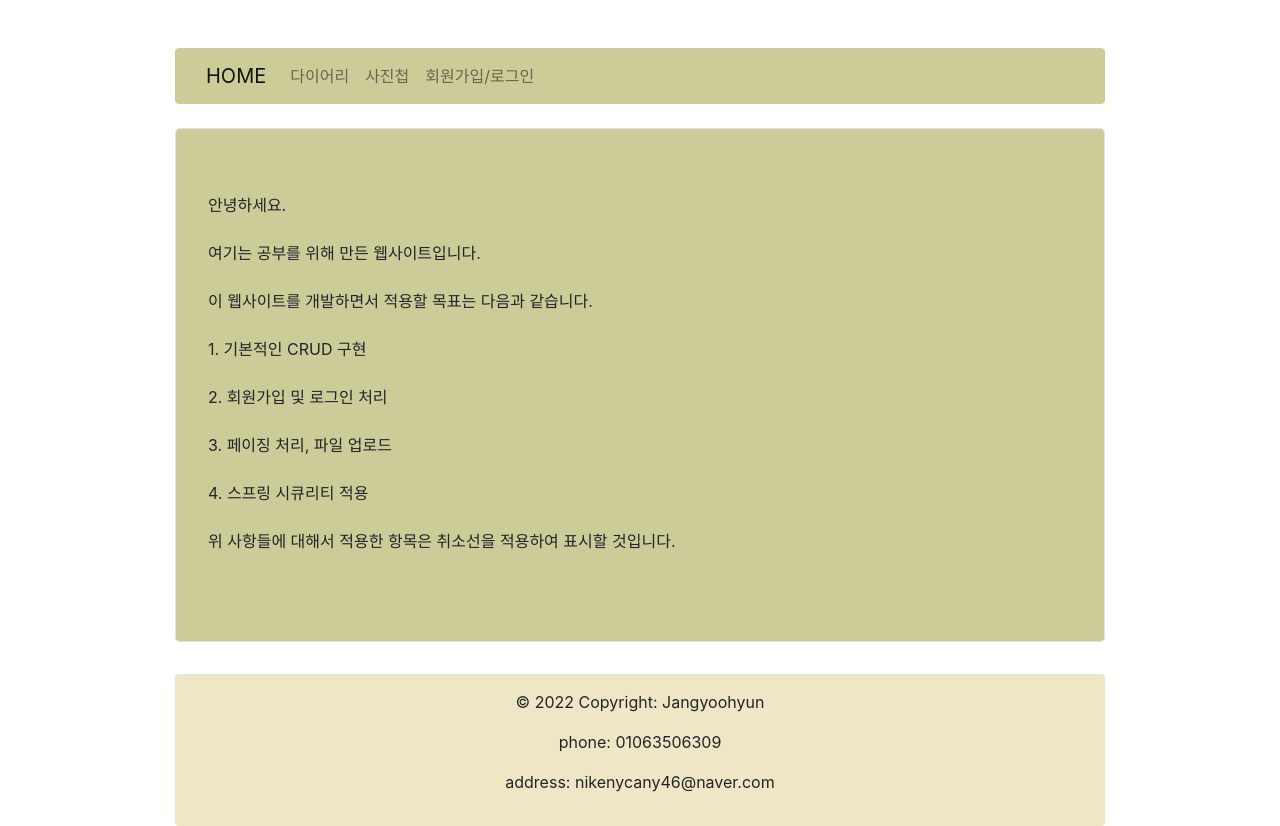
Repository: jangyoohyun/toyProject
Page: http://localhost/toyproject/WEB-INF/views/index.jsp
The author's editor kept a copy of each file at every save. The page is drawn from the files as they stood at one save, then again after the next save.
The browser window is 1280 px wide. The pictures show the whole page.
The page is served by Tomcat 9. Nobody is signed in. Other server files are loaded and not shown. The template is opened directly, without the code that normally fills it, so the values that code supplies are empty.

Above is the page before, as saved 2022-02-26 11:01:42.

### Study/toyproject/src/main/webapp/WEB-INF/views/index.jsp
<%@ page language="java" contentType="text/html; charset=UTF-8"
    pageEncoding="UTF-8"%>

<%@ include file="/WEB-INF/views/layout/header.jsp" %>

		<div class="jumbotron mt-4 border" style="background-color: #CCCC99">
		안녕하세요.<br><br>
		<c:if test="${principal.username != null}">
			${principal.username}님 환영합니다.<br><br>
		</c:if>
		여기는 공부를 위해 만든 웹사이트입니다.<br><br>
		이 웹사이트를 개발하면서 적용할 목표는 다음과 같습니다.<br><br>
		1. 기본적인 CRUD 구현<br><br>
		2. 회원가입 및 로그인 처리<br><br>
		3. 페이징 처리, 파일 업로드<br><br>
		4. 스프링 시큐리티 적용<br><br>
		위 사항들에 대해서 적용한 항목은 취소선을 적용하여 표시할 것입니다.<br><br>
		</div>


<%@ include file="/WEB-INF/views/layout/footer.jsp" %>

### Study/toyproject/src/main/webapp/WEB-INF/views/layout/header.jsp
<%@ page language="java" contentType="text/html; charset=UTF-8"
	pageEncoding="UTF-8"%>
<%@ taglib uri="http://java.sun.com/jsp/jstl/core" prefix="c"%>
<%@ taglib prefix="sec"
	uri="http://www.springframework.org/security/tags"%>
<%@ taglib prefix="fmt" uri="http://java.sun.com/jsp/jstl/fmt"%>

<sec:authorize access="isAuthenticated()">
	<sec:authentication property="principal" var="principal" />
</sec:authorize>

<!DOCTYPE html>
<html>
<head>
<link rel="stylesheet"
	href="https://cdn.jsdelivr.net/npm/bootstrap@4.6.1/dist/css/bootstrap.min.css"
	integrity="sha384-zCbKRCUGaJDkqS1kPbPd7TveP5iyJE0EjAuZQTgFLD2ylzuqKfdKlfG/eSrtxUkn"
	crossorigin="anonymous">
<script src="https://code.jquery.com/jquery-3.6.0.js"
	integrity="sha256-H+K7U5CnXl1h5ywQfKtSj8PCmoN9aaq30gDh27Xc0jk="
	crossorigin="anonymous"></script>

<meta charset="UTF-8">

<title>Insert title here</title>
</head>
<body>
	<div class="container mt-5 w-75">
		<nav class="navbar navbar-expand-lg navbar-light rounded"
			style="background-color: #CCCC99">
			<div class="container-fluid">
				<a class="navbar-brand" href="<c:url value="/"/>">HOME</a>
				<button class="navbar-toggler" type="button"
					data-bs-toggle="collapse" data-bs-target="#navbarNav"
					aria-controls="navbarNav" aria-expanded="false"
					aria-label="Toggle navigation">
					<span class="navbar-toggler-icon"></span>
				</button>
				<div class="collapse navbar-collapse" id="navbarNav">
					<ul class="navbar-nav">
						<li class="nav-item"><a class="nav-link"
							href="<c:url value="/board?page=0"/>">다이어리</a></li>
						<li class="nav-item"><a class="nav-link"
							href="<c:url value="/photo"/>">사진첩</a></li>
						<c:choose>
							<c:when test="${principal.username == null}">
								<li class="nav-item"><a class="nav-link"
									href="<c:url value="/auth/signInForm"/>">회원가입/로그인</a></li>
							</c:when>
							<c:otherwise>
								<li class="nav-item"><a class="nav-link"
									onclick="return confirm('로그아웃 하시겠습니까?');"
									href="<c:url value="/logout"/>">로그아웃</a></li>
								<li class="nav-item"><a class="nav-link"
									href="<c:url value="/auth/userUpdate"/>">회원정보수정</a></li>
							</c:otherwise>
						</c:choose>

					</ul>
				</div>
			</div>
		</nav>

### Study/toyproject/src/main/webapp/WEB-INF/views/layout/footer.jsp
<%@ page language="java" contentType="text/html; charset=UTF-8"
	pageEncoding="UTF-8"%>


<footer class="text-center text-lg-start rounded" style="background-color: #eee6c4">
	<!-- Copyright -->
	<div class="text-center p-3">
		<p>© 2022 Copyright: Jangyoohyun</p>
		<p>phone: 01063506309</p>
		<p>address: nikenycany46@naver.com</p>
	</div>
	<!-- Copyright -->
</footer>


</div>


<script src="https://cdn.jsdelivr.net/npm/bootstrap@5.1.3/dist/js/bootstrap.bundle.min.js" integrity="sha384-ka7Sk0Gln4gmtz2MlQnikT1wXgYsOg+OMhuP+IlRH9sENBO0LRn5q+8nbTov4+1p" crossorigin="anonymous"></script>
<script src="https://code.jquery.com/jquery-3.6.0.js" integrity="sha256-H+K7U5CnXl1h5ywQfKtSj8PCmoN9aaq30gDh27Xc0jk=" crossorigin="anonymous"></script>


</body>
</html>

After the next save:
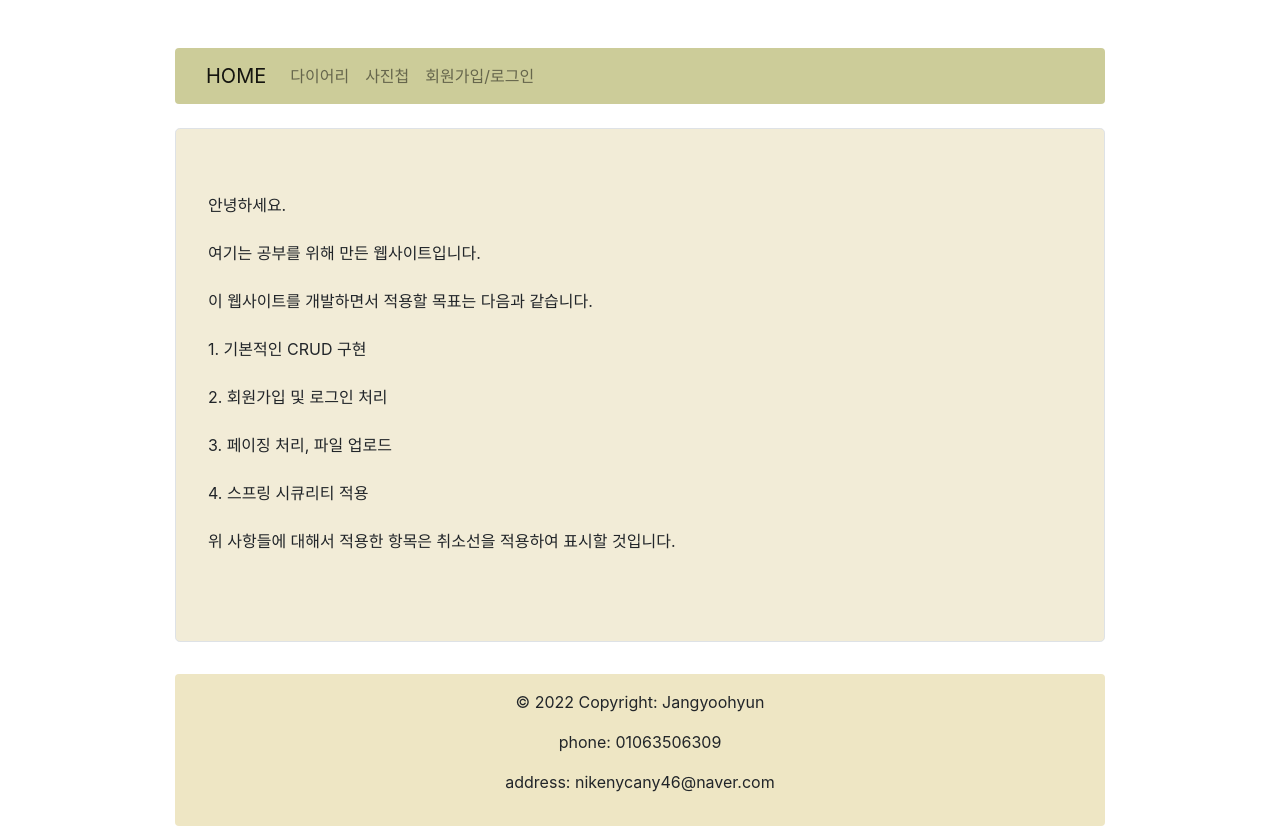
Saved 6 s later.
--- a/Study/toyproject/src/main/webapp/WEB-INF/views/index.jsp
+++ b/Study/toyproject/src/main/webapp/WEB-INF/views/index.jsp
@@ -3,7 +3,7 @@
 
 <%@ include file="/WEB-INF/views/layout/header.jsp" %>
 
-		<div class="jumbotron mt-4 border" style="background-color: #CCCC99">
+		<div class="jumbotron mt-4 border" style="background-color: #F2ECD7">
 		안녕하세요.<br><br>
 		<c:if test="${principal.username != null}">
 			${principal.username}님 환영합니다.<br><br>
